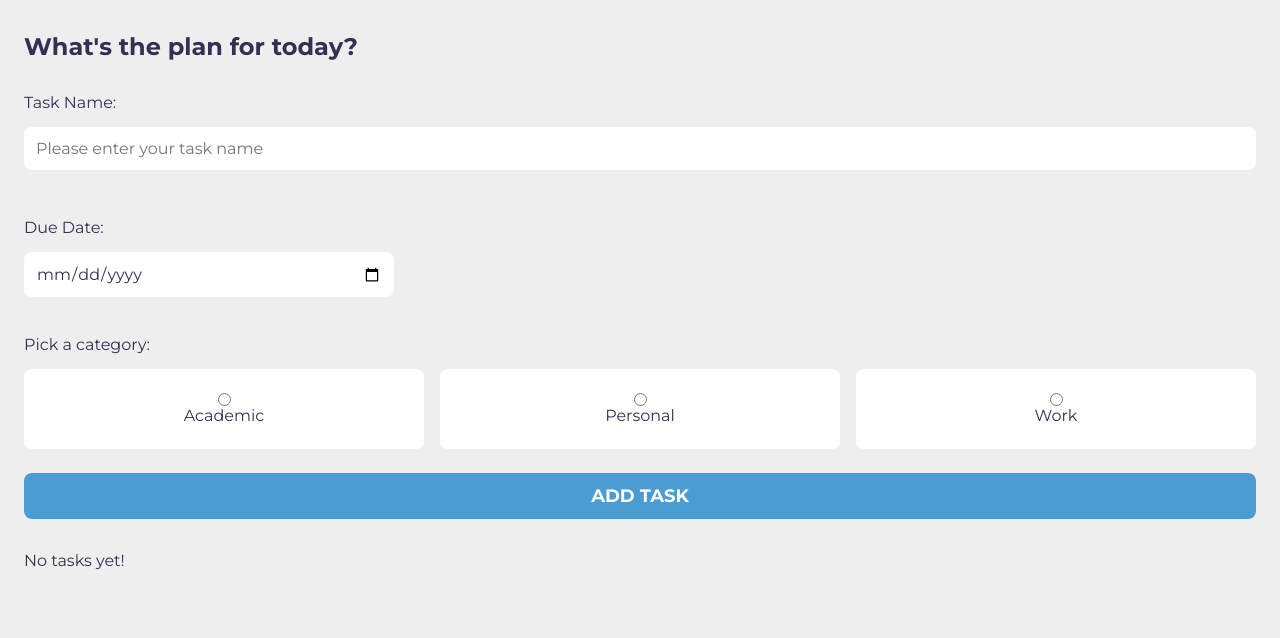
Repository: comp426-2023-spring/a99-SnowPile
Page: http://localhost/
An editor plug-in stored every save of this project. The page is shown before and after the next save, followed by the edit.
The browser window is 1280 px wide. The pictures show the whole page.
Some web fonts or font styles are not loaded; a fallback is used. The page is served by the project's Node server (app.js).

Above is the page before, as saved 2023-04-15 22:03:33.

After the next save:
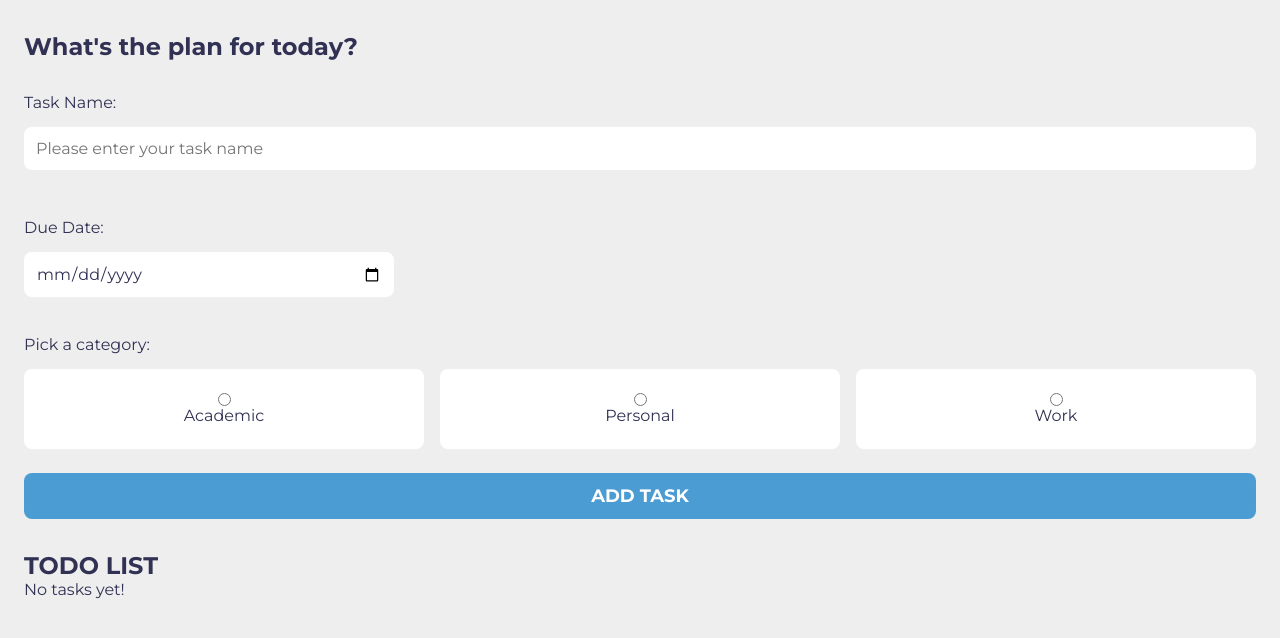
Saved 48 s later.
--- a/frontend/views/index.ejs
+++ b/frontend/views/index.ejs
@@ -50,7 +50,7 @@
     </section>
     <!-- Display todo list -->
     <section class="todo-list">
-
+      <h2>TODO LIST</h2>
       <% if (tasks.length === 0) { %>
         <p>No tasks yet!</p>
       <% } else { %>
